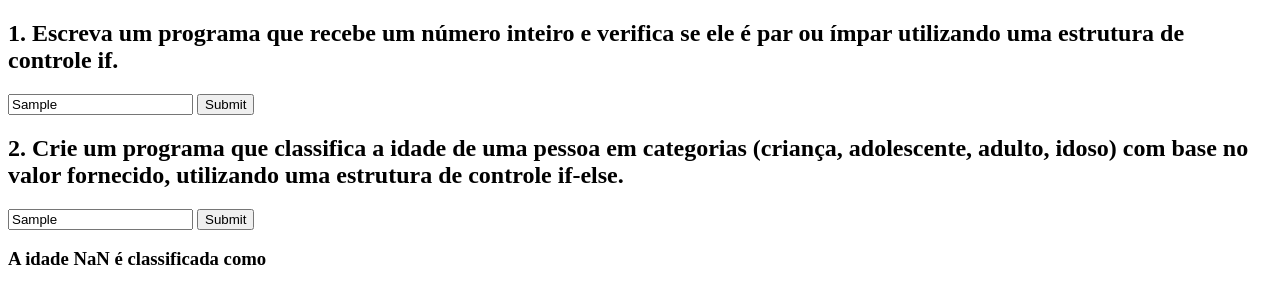
Repository: chidekina/prati-logica
Page: index.html
An editor plug-in stored every save of this project. The page is shown before and after a run of saves, followed by the edit.
The browser window is 1280 px wide. The pictures show the whole page.
Empty fields were first filled with sample values (such as "Sample", 5 or name@example.com).
After loading, the first visible `input[onclick="classificacaoEtaria()"]` was clicked once.

Above is the page before, as saved 2025-04-29 13:49:05.

After the next 2 saves:
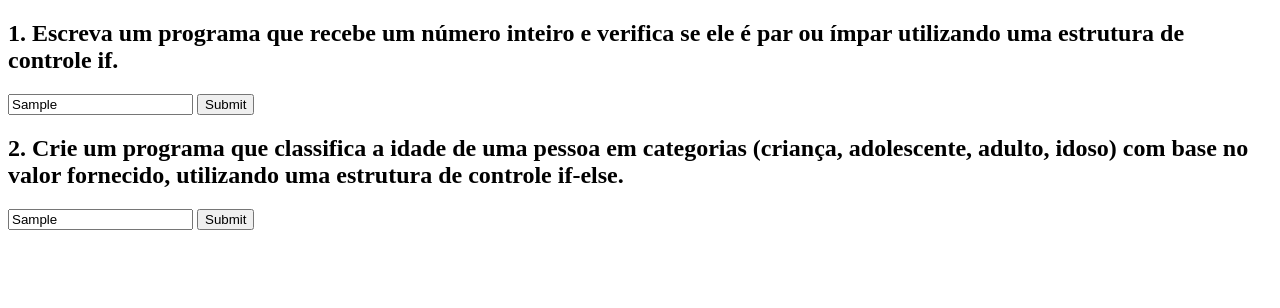
Console error: SyntaxError: Unexpected token '}'
The 2 saves are shown as one change because they came seconds apart.
The last was saved 5 s later.
--- a/app.js
+++ b/app.js
@@ -28,5 +28,5 @@
         classificacao = 'criança';
     }
 
-    answer2.innerHTML = `A idade ${idade} é classificada como `
+    answer2.innerHTML = `A idade ${idade} é classificada como ${}`
 }

After the 2 saves that followed:
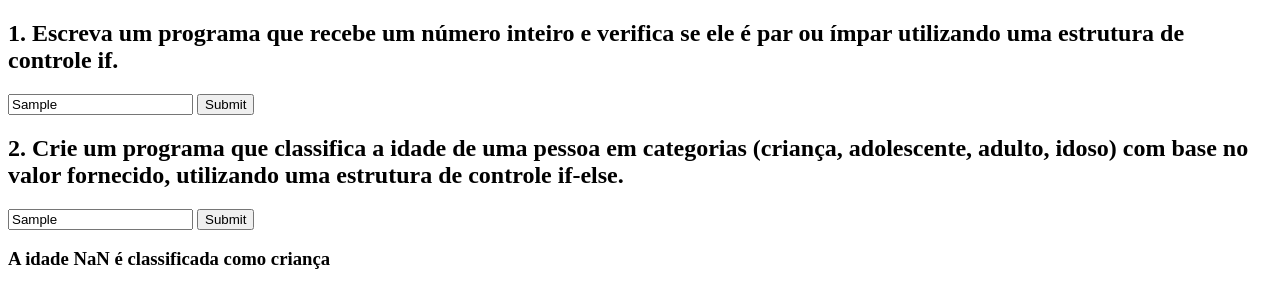
The error is gone.
The 2 saves are shown as one change because they came seconds apart.
The last was saved 7 s later.
--- a/app.js
+++ b/app.js
@@ -28,5 +28,5 @@
         classificacao = 'criança';
     }
 
-    answer2.innerHTML = `A idade ${idade} é classificada como ${}`
+    answer2.innerHTML = `A idade ${idade} é classificada como ${classificacao}`;
 }
